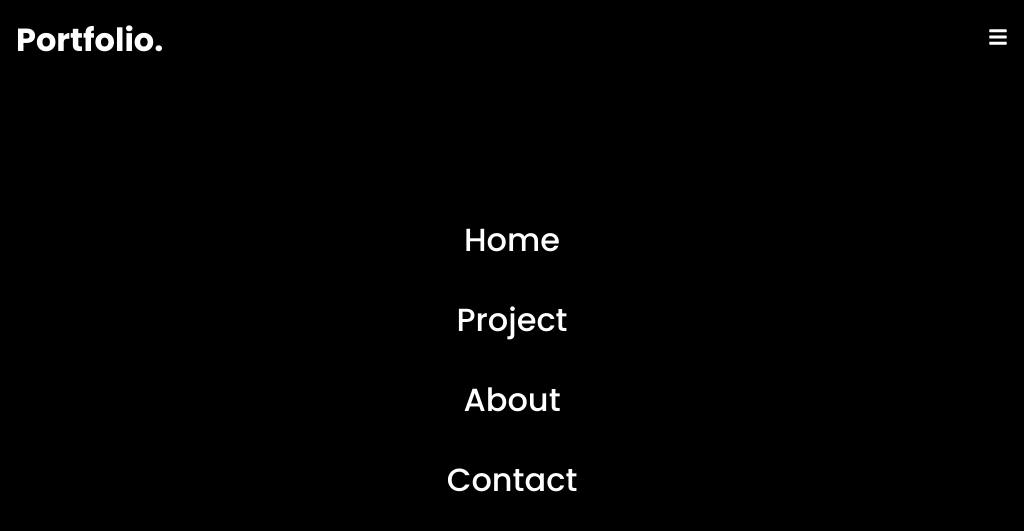
Repository: parisha-b3/My_Portfolio
Page: /
An editor plug-in stored every save of this project. The page is shown before and after the next save, followed by the edit.
The browser window is 1024 px wide. The pictures show the whole page.
The project was rebuilt for these pictures with package versions that can differ from the ones it lists, and the page was loaded fresh each time. Also part of the build but not shown: src/routes/About.js, src/routes/Project.js, src/routes/Contact.js.

Above is the page before, as saved 2024-10-14 12:25:04.

After the next save:
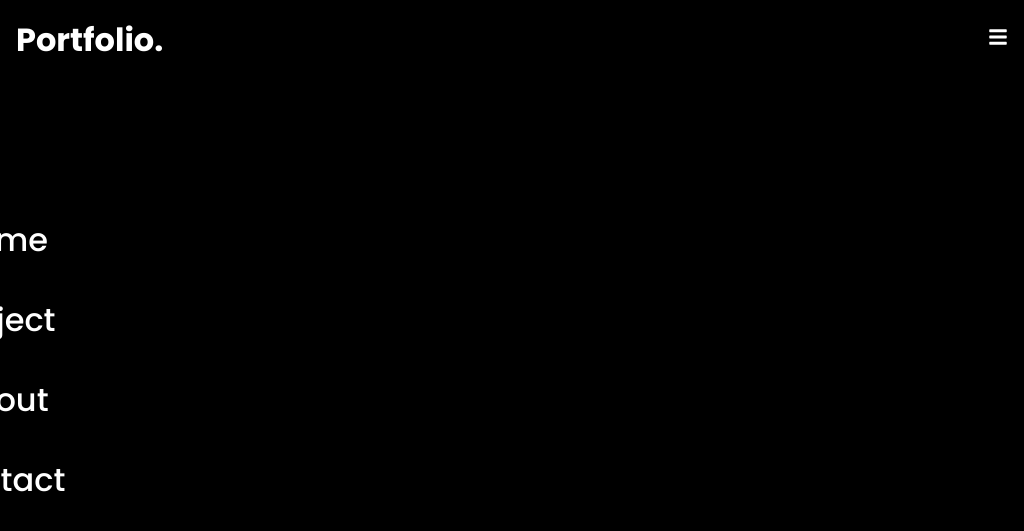
Saved 19 s later.
--- a/src/components/NavbarStyles.css
+++ b/src/components/NavbarStyles.css
@@ -27,7 +27,7 @@
         background: rgba(0,0,0,0.9);
         position: absolute;
         top: 0;
-        left: 0;
+        left: -50%;
         z-index: -3;
     }
     .nav-menu li{
